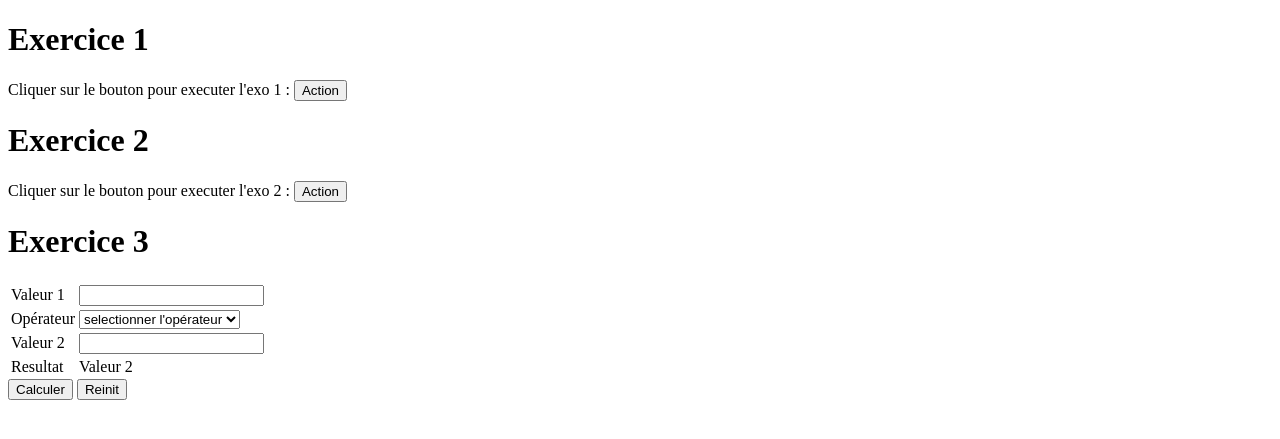
Repository: AgatheLM/formation_js
Page: insee-travaux-js/insee-client-js/exo1.html
The author's editor kept a copy of each file at every save. The page is drawn from the files as they stood at one save, then again after the next save.
The browser window is 1280 px wide. The pictures show the whole page.

Above is the page before, as saved 2018-01-24 12:58:06.

After the next save:
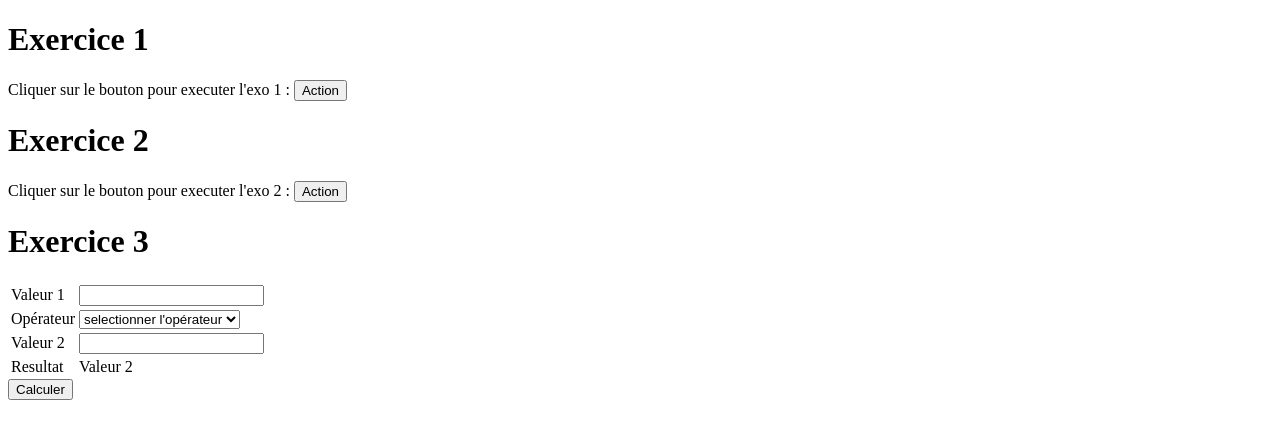
Saved 34 s later.
--- a/insee-travaux-js/insee-client-js/exo1.html
+++ b/insee-travaux-js/insee-client-js/exo1.html
@@ -47,7 +47,7 @@
 			</tr>
 		</table>
 			<input type="button" value="Calculer" onclick="main_exo3()" />
-			<input type="button" value="Reinit" onclick="main_exo3()" />
+			<!--  <input type="button" value="Reinit" onclick="main_exo3()" />-->
 	</form>
 
 
